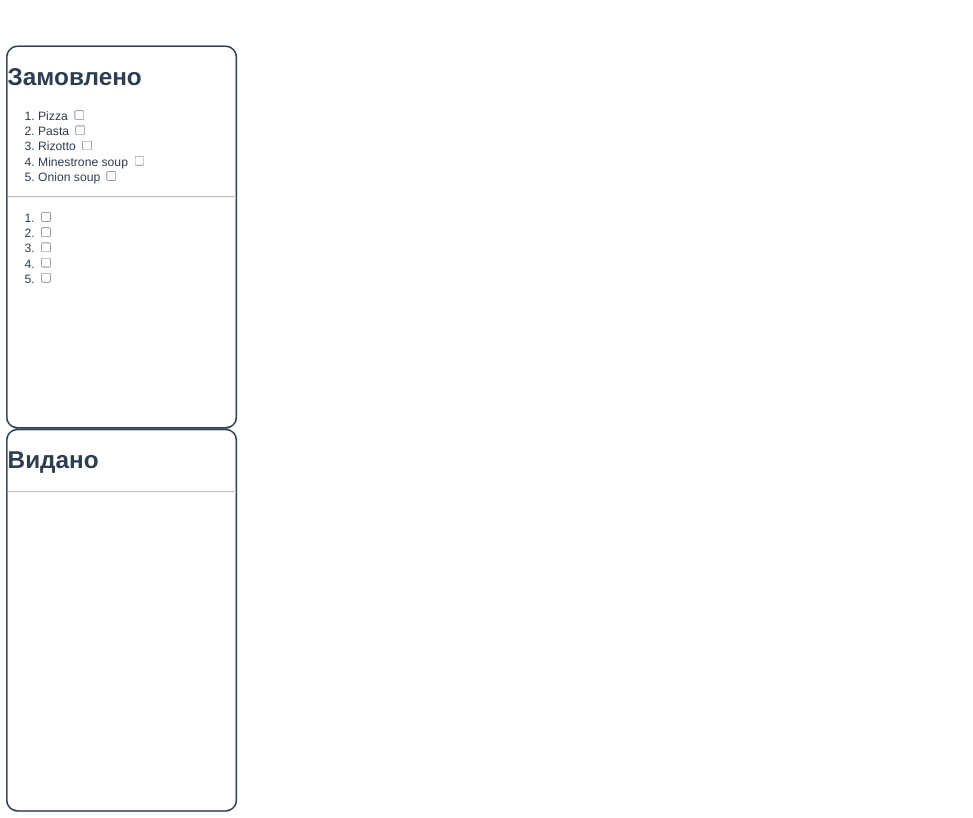
Repository: Salexandraa/HOME_Subotina
Page: / (app in order-list/)
These files come from the project's save history. The page is drawn as it stood at one moment and after the next save; the edit follows.
The browser window is 1280 px wide. The pictures show the whole page, at 76% of full size.
The project was rebuilt for these pictures with package versions that can differ from the ones it lists, and the page was loaded fresh each time.

Above is the page before, as saved 2020-10-09 16:06:04.

### order-list/src/App.vue
<template>
  <div id="app">
  <reserved :listDishes= "dishesList"
  title='Замовлено'
  />
  <order-issued title="Видано"/>
  <hisory title="Історія замовлень"/>
  </div>
</template>

<script>
import Reserved from "./components/CheckList/Reserved";
import dishesList from "../settings"
import OrderIssued from "./components/CheckList/OrderIssued"
import History from "./components/CheckList/History"
export default {
  name: "App",
  components: {
    Reserved,
    OrderIssued,
    History
  },
  data() {
    return {
      dishesList
      // dishesList: [
      //   {
      //     id: 1,
      //     name: "Pizza",
      //   },
      //    {
      //     id: 2,
      //     name: "Pasta",
      //   },
      //    {
      //     id:3,
      //     name: "Rizzoto",
      //   },
      //    {
      //     id: 4,
      //     name: "Minestrone soup",
      //   },
      //    {
      //     id:5,
      //     name: "Onion soup",
      //   },
      // ],
    };
  },
};
</script>

<style>
#app {
  font-family: Avenir, Helvetica, Arial, sans-serif;
  -webkit-font-smoothing: antialiased;
  -moz-osx-font-smoothing: grayscale;
  /* text-align: center; */
  color: #2c3e50;
  margin-top: 60px;
}
</style>

### order-list/src/components/CheckList/Reserved/index.vue
<template>
    <div class="container">
<div>
    <h1>{{title}}</h1>
</div>
 <div><ol >
        <li v-for="item in listDishes" :key="item.name" value="item.name"  >
          {{item.name}}  <input type="checkbox"  v-model="item.names"  >
        </li>
    </ol>
</div>
<hr>
<div>
      <ol>
        <li v-for="item in listDishes" :key="item.id" >
           {{item.names}} <input type="checkbox" >
        </li>

    </ol>

</div>
    </div>
</template>

<script>
    export default {
        name: "Reserved",
        props: {
             listDishes: {
                type: Array,
                default: ()=>[]
            },
            title: {
                type: String,
                default: '',

            },
        }
    }
</script>

<style lang="css" scoped>
.container{
    width: 300px;
    height: 500px;
    border: 2px solid;
    border-radius: 15px;
}
</style>

### order-list/settings.js
export default [
    {
      id: 1,
      name: "Pizza",
    },
     {
      id: 2,
      name: "Pasta",
    },
     {
      id:3,
      name: "Rizotto",
    },
     {
      id: 4,
      name: "Minestrone soup",
    },
     {
      id:5,
      name: "Onion soup",
    },
  ]

### order-list/src/components/CheckList/OrderIssued/index.vue
<template>
  <div class="container">
    <div>
      <h1>{{ title }}</h1>
    </div>
    <div>
      <ol>
        <li v-for="item in dishesList" :key="item.name">
          {{ item.name }} <input type="checkbox" v-model="item.names" />
        </li>
      </ol>
    </div>
    <hr>
  </div>
</template>

<script>
export default {
  name: "OrderIssued",
  props: {
    title: {
      type: String,
      default: "",
    },
  },
};
</script>

<style lang="css" scoped>
.container {
  width: 300px;
  height: 500px;
  border: 2px solid;
  border-radius: 15px;
}
</style>

### order-list/src/components/CheckList/History/index.vue
<template>
    <div class="container">
   <div>
      <h1>{{ title }}</h1>
    </div>
    <div>
      <ol>
        <li v-for="item in dishesList" :key="item.name">
          {{ item.name }} <input type="checkbox" v-model="item.names" />
        </li>
      </ol>
    </div>
    <hr>
    </div>
</template>

<script>
    export default {
        name: "History",
        props: {
            title: {
                type: String,
                default: ""
            },
        },
    }
</script>

<style lang="css" scoped>
.container {
  width: 300px;
  height: 500px;
  border: 2px solid;
  border-radius: 15px;
}

</style>

Loaded but not shown: order-list/public/index.html (common file); order-list/src/main.js (common file)

After the next save:
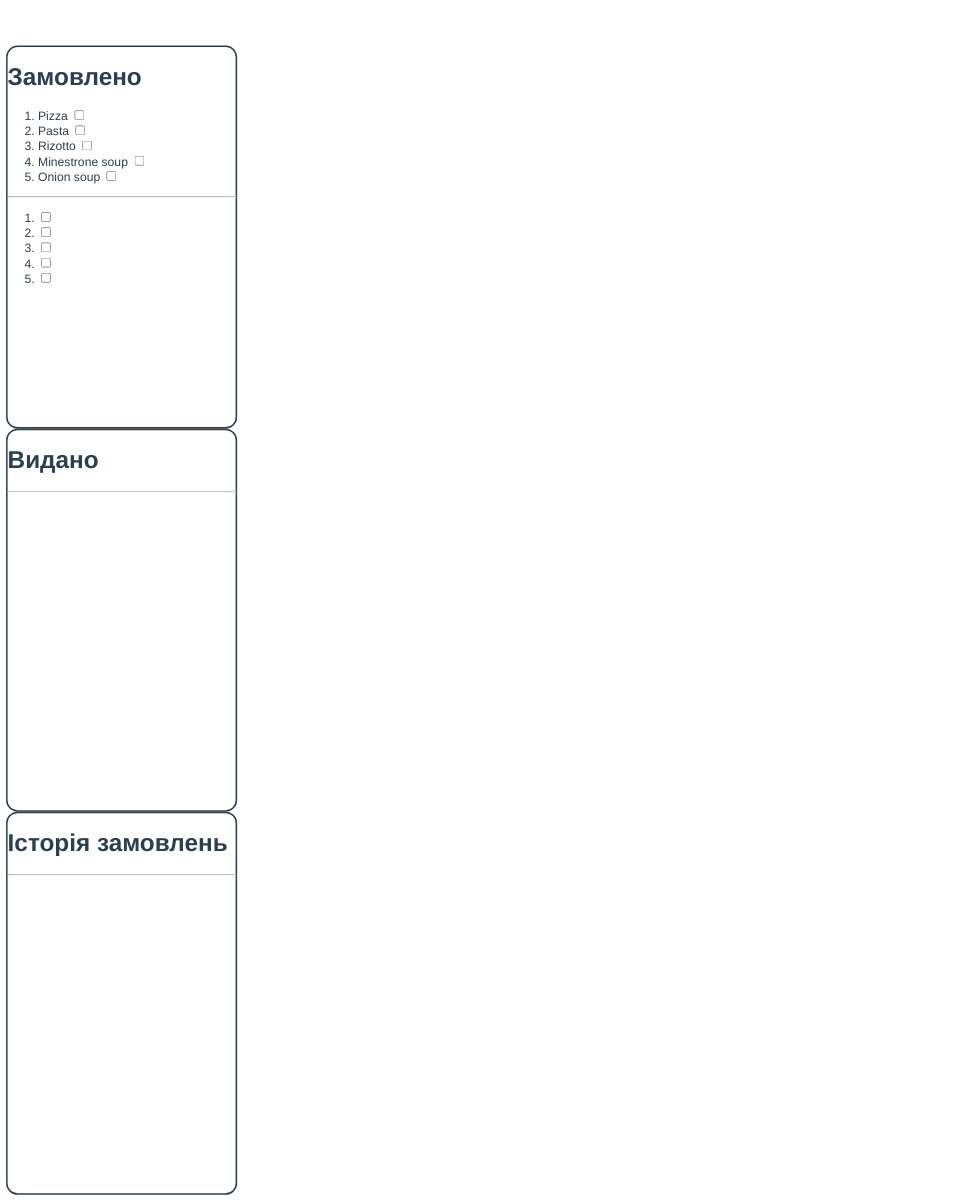
Saved 17 s later.
--- a/order-list/src/App.vue
+++ b/order-list/src/App.vue
@@ -4,7 +4,7 @@
   title='Замовлено'
   />
   <order-issued title="Видано"/>
-  <hisory title="Історія замовлень"/>
+  <history title="Історія замовлень"/>
   </div>
 </template>
 
